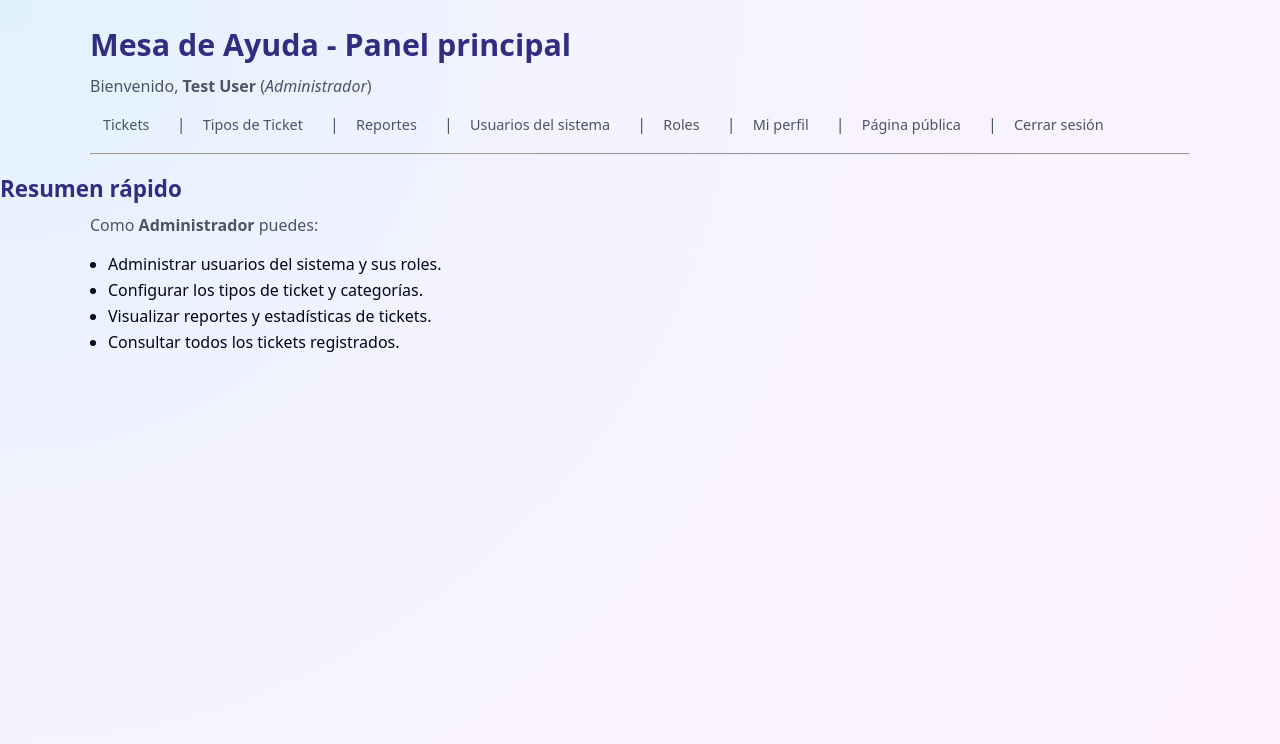
Repository: eleazarrrg/Proyecto-Mesa-Ayuda
Page: http://localhost/mesa-ayuda/dashboard.php
An editor plug-in stored every save of this project. The page is shown before and after the next save, followed by the edit.
The browser window is 1280 px wide. The pictures show the whole page.
The page is run by PHP 8.4 with error messages shown; the project is at /var/www/html/. The session is filled in as if someone had signed in: {"user_id": 1, "user_name": "Test User", "role_id": 1}.

Above is the page before, as saved 2025-12-06 22:02:16.

After the next save:
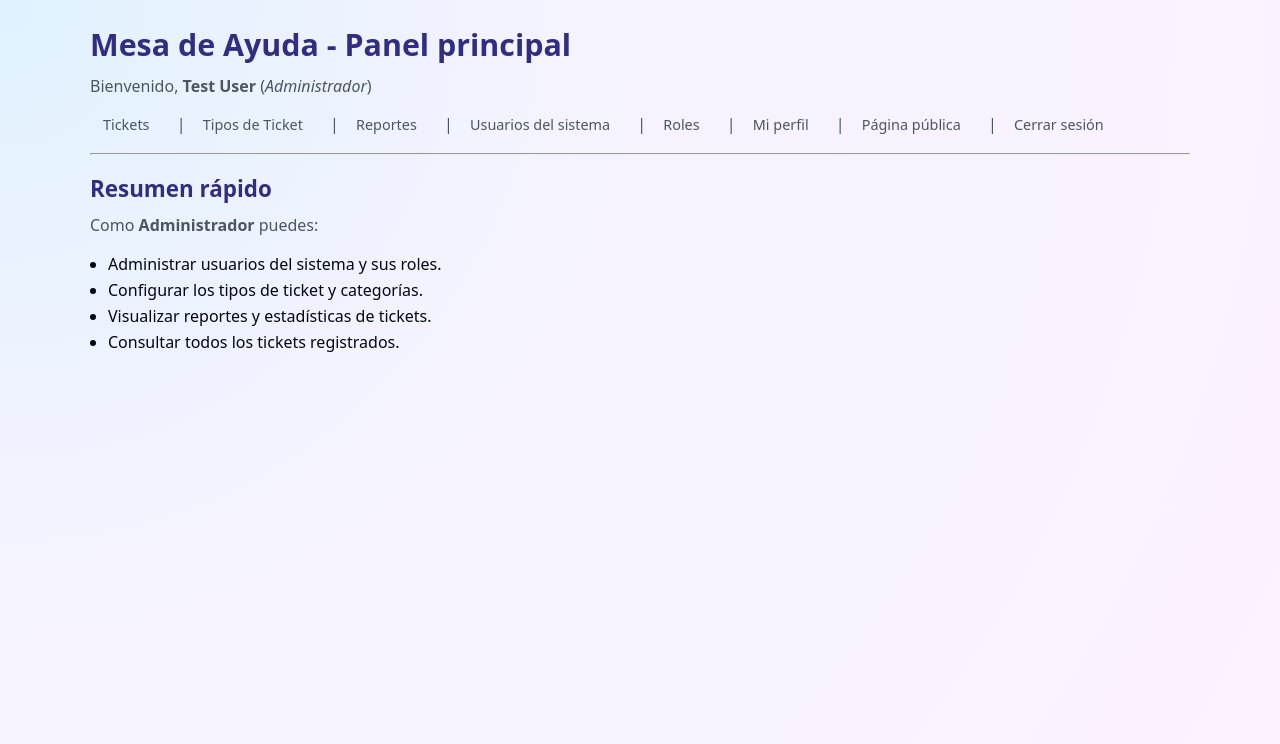
Saved 15 min 19 s later.
--- a/assets/css/style.css
+++ b/assets/css/style.css
@@ -54,6 +54,7 @@ body {
 
 /* Contenedor principal centrado */
 body > h1,
+body > h2,
 body > p,
 body > form,
 body > table,
